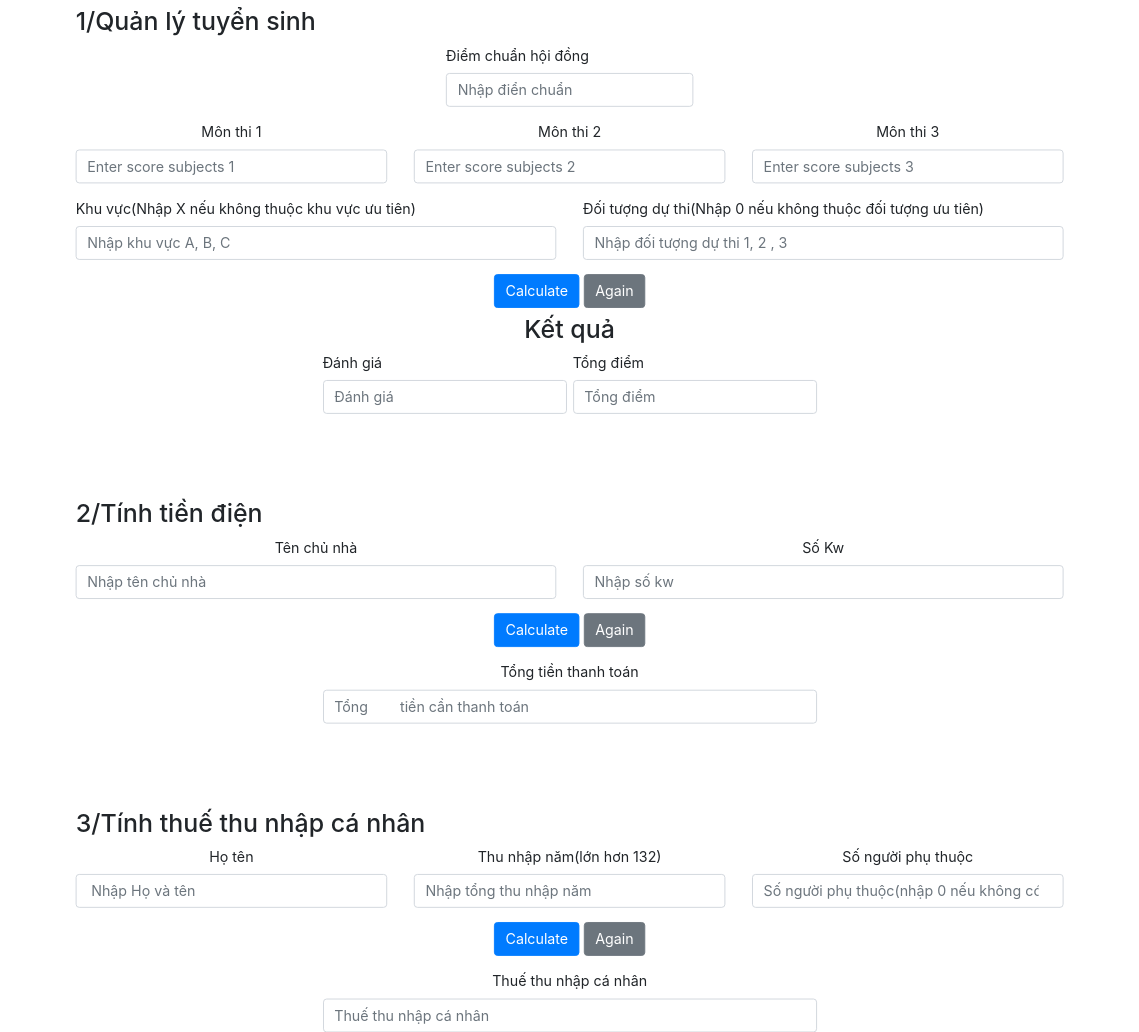
Repository: baobaodeveloper/bootcamp21__jsbasic4_HuynhAnhBao
Page: index.html
These files come from the project's save history. The page is drawn as it stood at one moment and after the next save; the edit follows.
The browser window is 1280 px wide. The pictures show the whole page, at 89% of full size.

Above is the page before, as saved 2022-03-13 21:49:21.

After the next save:
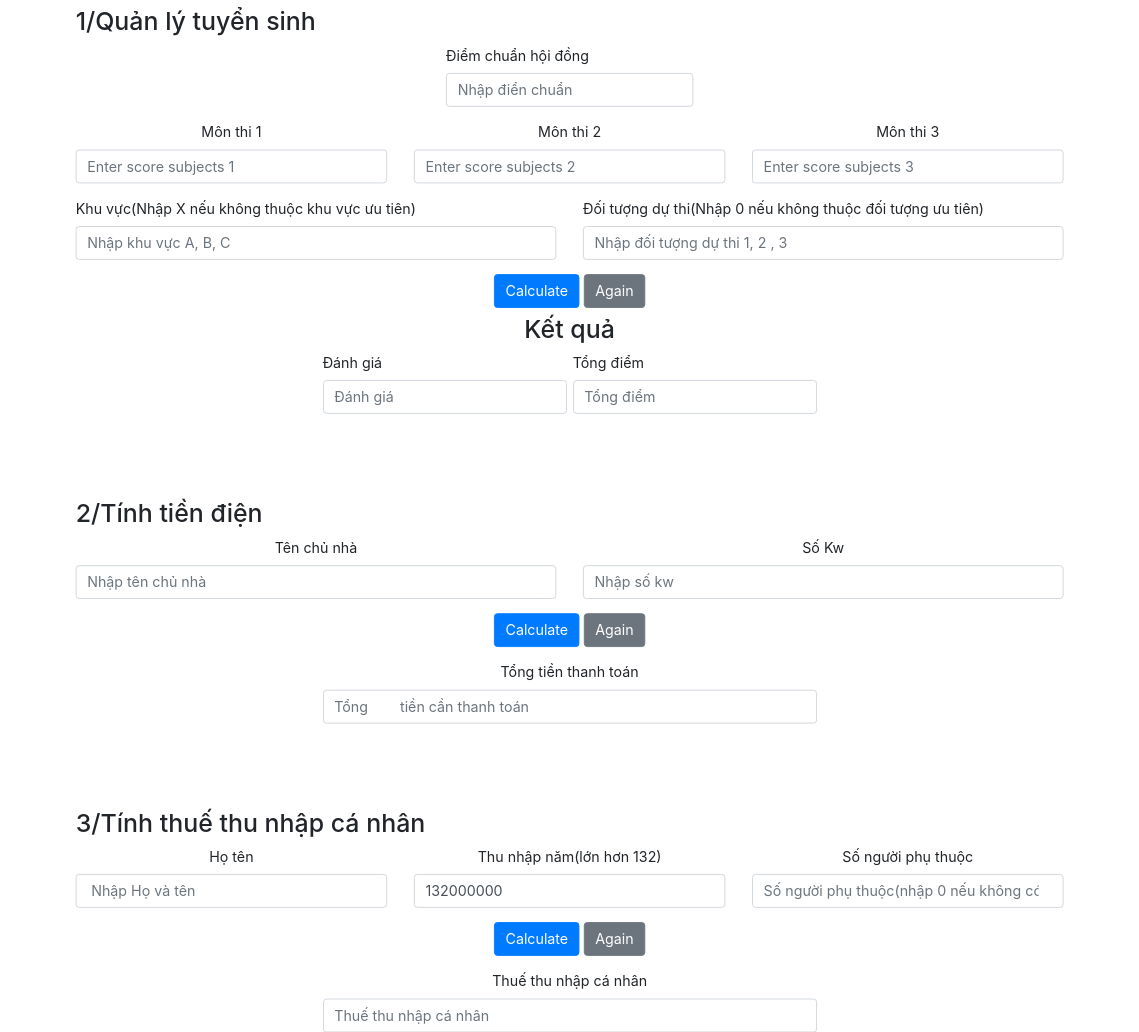
Saved 38 s later.
--- a/index.html
+++ b/index.html
@@ -180,6 +180,7 @@
         <div class="col">
           <label class="form-label">Thu nhập năm(lớn hơn 132)</label>
           <input
+            value="132000000"
             type="number"
             id="gross-pay"
             class="form-control"

After the 2 saves that followed:
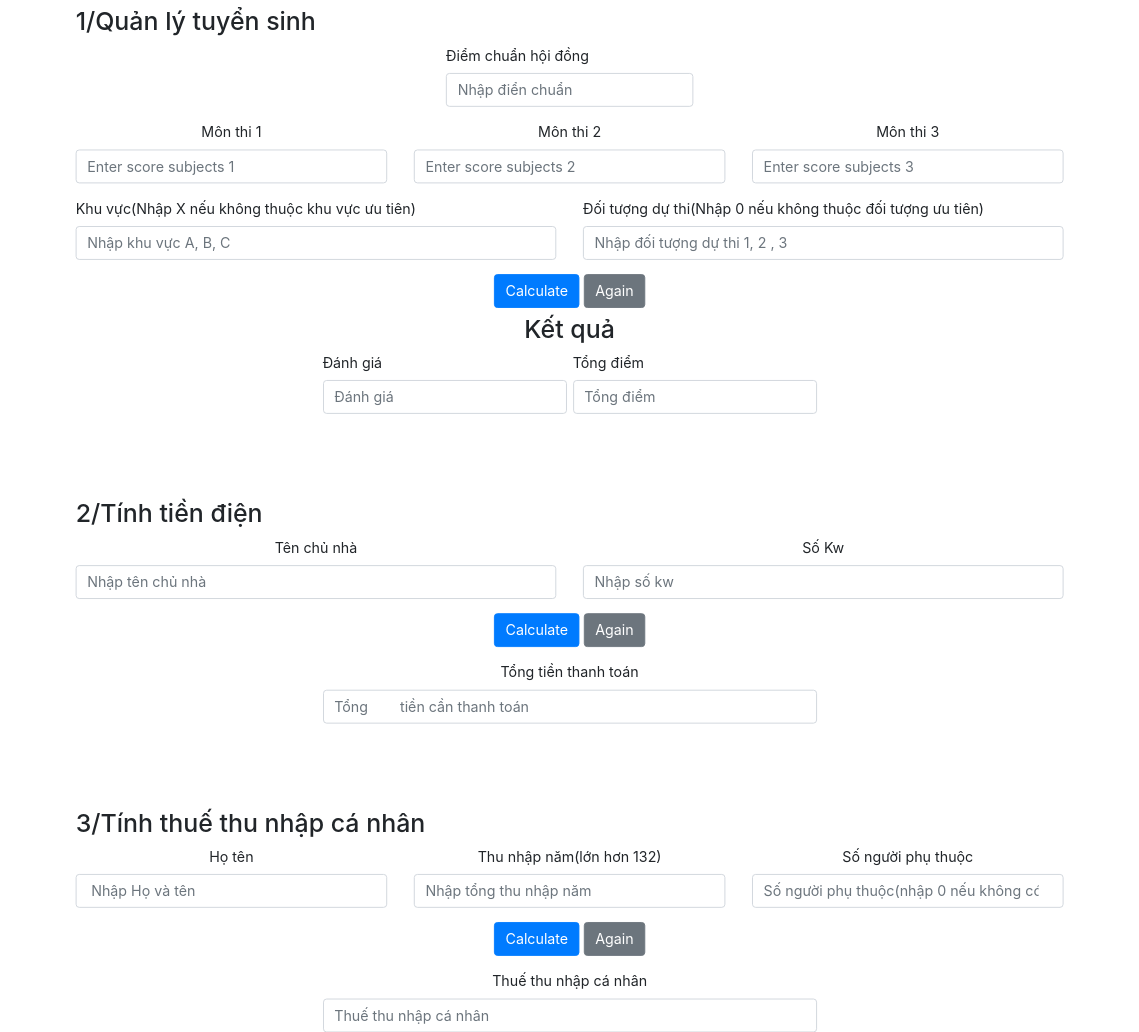
The 2 saves are shown as one change because 1 left the picture as it was.
The last was saved 57 s later.
--- a/index.html
+++ b/index.html
@@ -180,7 +180,6 @@
         <div class="col">
           <label class="form-label">Thu nhập năm(lớn hơn 132)</label>
           <input
-            value="132000000"
             type="number"
             id="gross-pay"
             class="form-control"
--- a/exercise3.js
+++ b/exercise3.js
@@ -8,7 +8,6 @@ const calculateBtnPayAgain = document.getElementById(
 const assessableIncomeText = document.getElementById("assessable-income");
 
 calculateBtnPay.addEventListener("click", () => {
-  console.log(+grossPay.value >= 132000000);
   if (
     !names.value ||
     !grossPay.value ||
